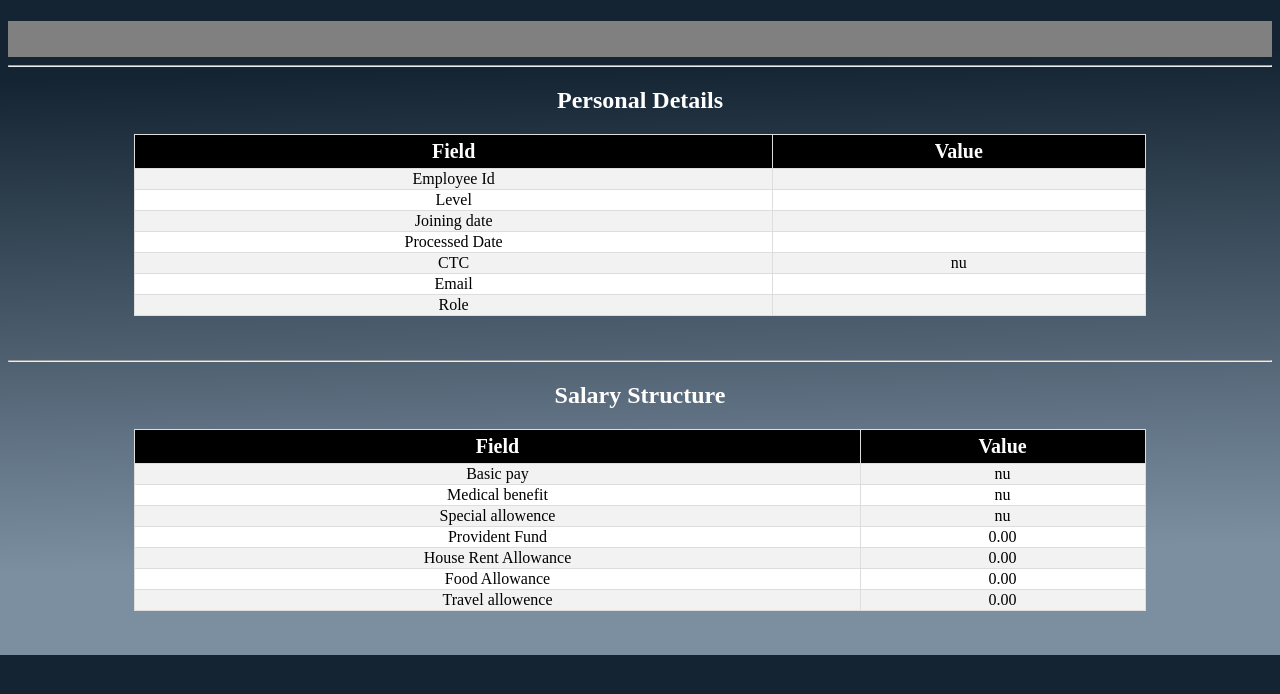
Repository: Mainak-Deb/EmployeeApprisalApp
Page: http://localhost/EmployeeApprisalForm/WEB-INF/views/userPage.jsp
These files come from the project's save history. The page is drawn as it stood at one moment and after the next save; the edit follows.
The browser window is 1280 px wide. The pictures show the whole page.
The page is served by Tomcat 9. Nobody is signed in. The template is opened directly, without the code that normally fills it, so the values that code supplies are empty.

Above is the page before, as saved 2023-06-27 11:34:40.

After the next save:
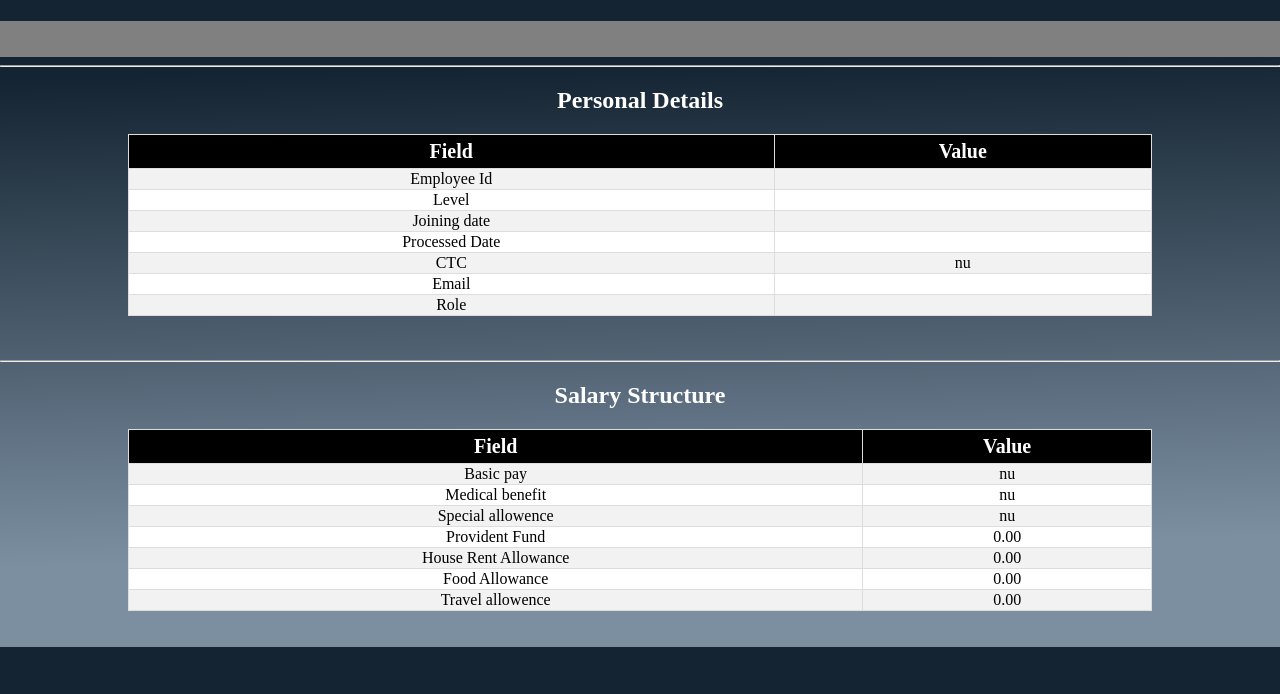
Saved 22 s later.
--- a/EmployeeApprisalForm/src/main/webapp/public/styles/userPage.css
+++ b/EmployeeApprisalForm/src/main/webapp/public/styles/userPage.css
@@ -4,6 +4,8 @@
     background-position: center;
         background:  linear-gradient(178.6deg, rgb(20, 36, 50) 11.8%, rgb(124, 143, 161) 83.8%);
     z-index:0;
+    padding:0;
+    margin:0;
 }
 
 table, th, td {

After the save that followed:
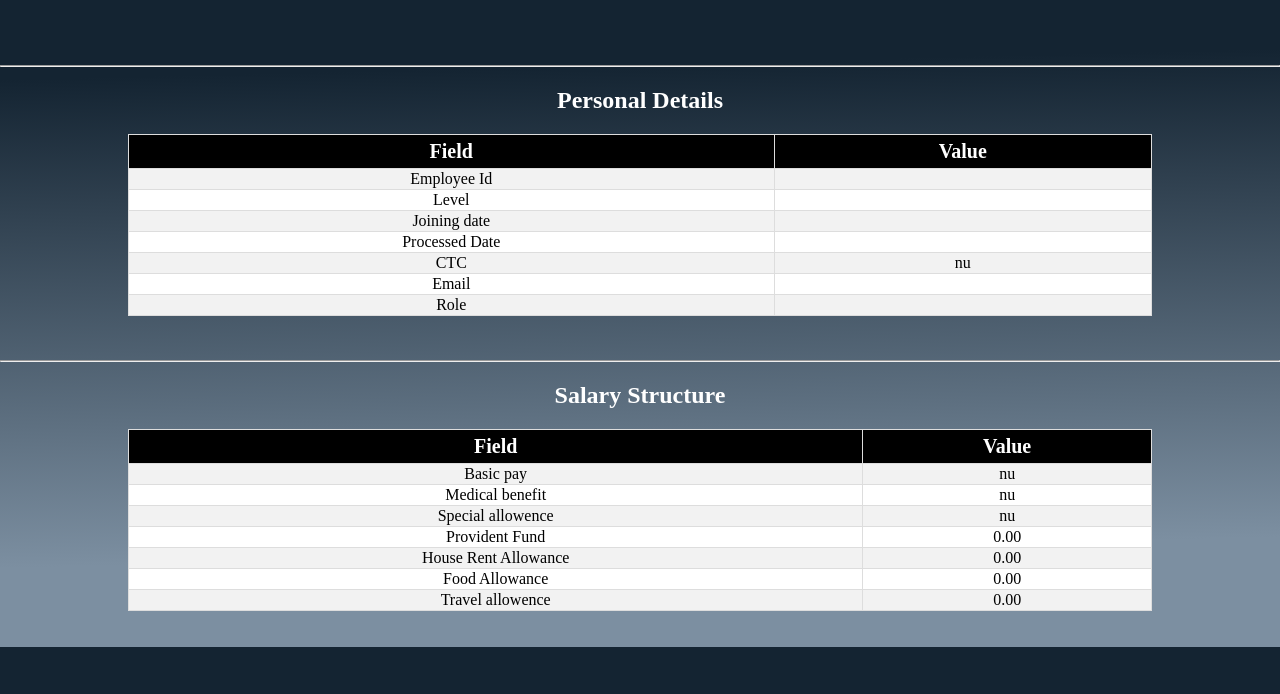
Saved 60 s later.
--- a/EmployeeApprisalForm/src/main/webapp/public/styles/userPage.css
+++ b/EmployeeApprisalForm/src/main/webapp/public/styles/userPage.css
@@ -37,5 +37,8 @@
 }
 #user-head{
 	margin:0px;
-	background-color:grey;
+
 }
+#user-head div{
+	color:white;
+}
